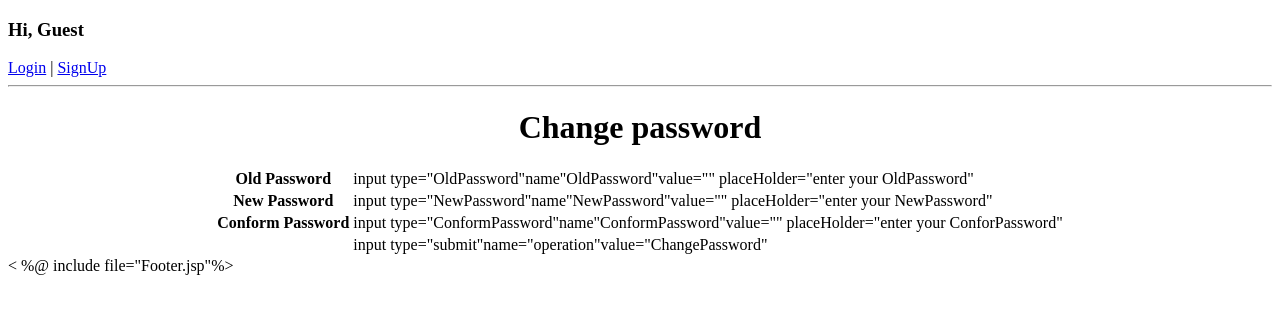
Repository: Deepak9669/JSP-Servlet
Page: http://localhost/Dynamic-Web-Project/ChangePasswordView.jsp
The author's editor kept a copy of each file at every save. The page is drawn from the files as they stood at one save, then again after the next save.
The browser window is 1280 px wide. The pictures show the whole page.
The page is served by Tomcat 9.

Above is the page before, as saved 2025-10-07 08:43:12.

After the next save:
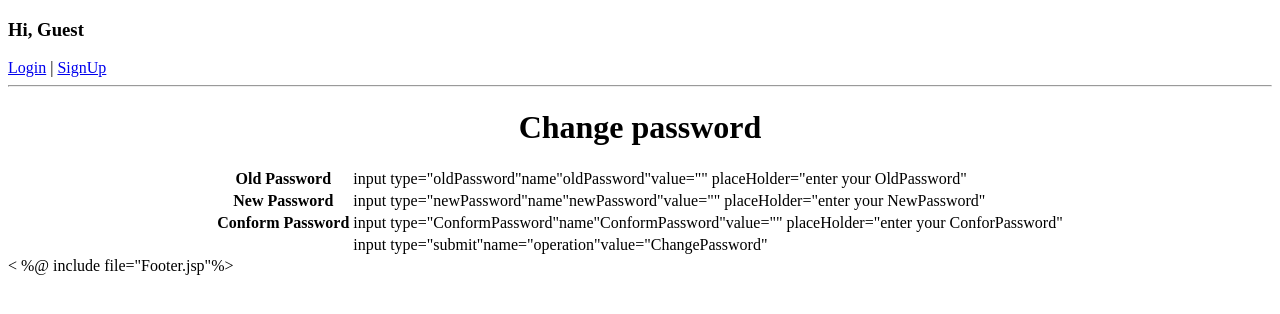
Saved 37 s later.
--- a/Dynamic-Web-Project/WebContent/ChangePasswordView.jsp
+++ b/Dynamic-Web-Project/WebContent/ChangePasswordView.jsp
@@ -14,13 +14,13 @@
 		<table>
 		<tr>
 		<th>Old Password</th>
-		<td>input type="OldPassword"name"OldPassword"value=""
+		<td>input type="oldPassword"name"oldPassword"value=""
 		 placeHolder="enter your OldPassword"</td>
 
 		</tr>
 		<tr>
 		<th>New Password</th>
-		<td>input type="NewPassword"name"NewPassword"value=""
+		<td>input type="newPassword"name"newPassword"value=""
 		 placeHolder="enter your NewPassword"</td>
 
 		</tr>
